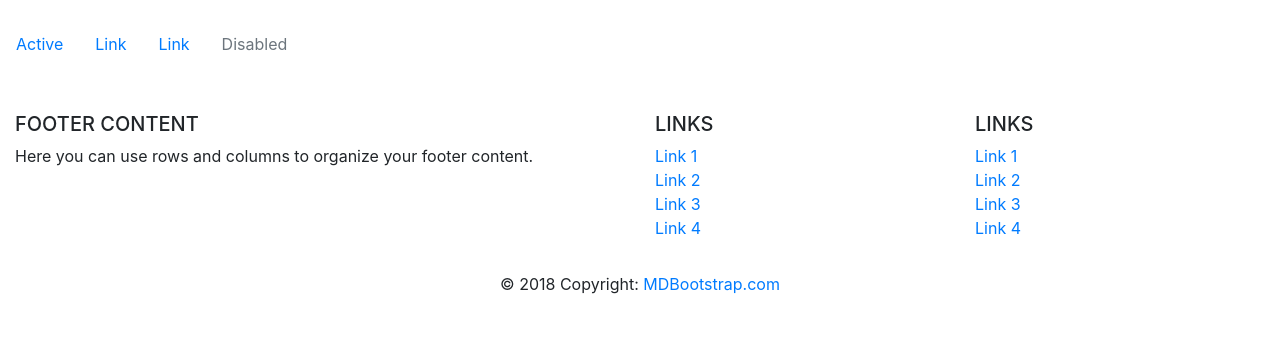
Repository: nicolasolo/airintribal-blog
Page: index.html
The author's editor kept a copy of each file at every save. The page is drawn from the files as they stood at one save, then again after a run of saves.
The browser window is 1280 px wide. The pictures show the whole page.

Above is the page before, as saved 2020-04-16 23:47:24.

### index.html
<!DOCTYPE html>
<html lang="en">

<head>
    <title></title>
    <meta charset="UTF-8">
    <meta name="viewport" content="width=device-width, initial-scale=1">
    <link rel="stylesheet" href="https://stackpath.bootstrapcdn.com/bootstrap/4.4.1/css/bootstrap.min.css"
        integrity="sha384-Vkoo8x4CGsO3+Hhxv8T/Q5PaXtkKtu6ug5TOeNV6gBiFeWPGFN9MuhOf23Q9Ifjh" crossorigin="anonymous">
    <link href="css/style.css" rel="stylesheet">
</head>

<body>
    <!-- Header -->
    <header>
        <!-- Navigation -->
        <nav>
<ul class="nav grey lighten-4 py-4">
   <li class="nav-item">
       <a class="nav-link active" href="#!">Active</a>
   </li>
   <li class="nav-item">
       <a class="nav-link" href="#!">Link</a>
   </li>
   <li class="nav-item">
       <a class="nav-link" href="#!">Link</a>
   </li>
   <li class="nav-item">
       <a class="nav-link disabled" href="#!">Disabled</a>
   </li>
        </nav>
        <!-- Navigation End-->
    </header>
    <!-- Header End-->
    <!-- Main -->
    <main>
<!-- Jumbotron -->
    </main>
    <!-- Main End-->
    <!-- Footer -->
    <footer>
<footer class="page-footer font-small blue pt-4">
   <div class="container-fluid text-center text-md-left">
       <div class="row">
           <div class="col-md-6 mt-md-0 mt-3">
               <h5 class="text-uppercase">Footer Content</h5>
               <p>Here you can use rows and columns to organize your footer content.</p>
           </div>
           <hr class="clearfix w-100 d-md-none pb-3">
           <div class="col-md-3 mb-md-0 mb-3">
               <h5 class="text-uppercase">Links</h5>
               <ul class="list-unstyled">
                   <li>
                       <a href="#!">Link 1</a>
                   </li>
                   <li>
                       <a href="#!">Link 2</a>
                   </li>
                   <li>
                       <a href="#!">Link 3</a>
                   </li>
                   <li>
                       <a href="#!">Link 4</a>
                   </li>
               </ul>
           </div>
           <div class="col-md-3 mb-md-0 mb-3">
               <h5 class="text-uppercase">Links</h5>
               <ul class="list-unstyled">
                   <li>
                       <a href="#!">Link 1</a>
                   </li>
                   <li>
                       <a href="#!">Link 2</a>
                   </li>
                   <li>
                       <a href="#!">Link 3</a>
                   </li>
                   <li>
                       <a href="#!">Link 4</a>
                   </li>
               </ul>
           </div>
       </div>
   </div>
   <div class="footer-copyright text-center py-3">© 2018 Copyright:
       <a href="https://mdbootstrap.com/education/bootstrap/"> MDBootstrap.com</a>
   </div>
</footer>
    </footer>
    <!-- Footer End -->

    <script src="https://code.jquery.com/jquery-3.4.1.slim.min.js"
        integrity="sha384-J6qa4849blE2+poT4WnyKhv5vZF5SrPo0iEjwBvKU7imGFAV0wwj1yYfoRSJoZ+n"
        crossorigin="anonymous"></script>
    <script src="https://cdn.jsdelivr.net/npm/popper.js@1.16.0/dist/umd/popper.min.js"
        integrity="sha384-Q6E9RHvbIyZFJoft+2mJbHaEWldlvI9IOYy5n3zV9zzTtmI3UksdQRVvoxMfooAo"
        crossorigin="anonymous"></script>
    <script src="https://stackpath.bootstrapcdn.com/bootstrap/4.4.1/js/bootstrap.min.js"
        integrity="sha384-wfSDF2E50Y2D1uUdj0O3uMBJnjuUD4Ih7YwaYd1iqfktj0Uod8GCExl3Og8ifwB6"
        crossorigin="anonymous"></script>
</body>

</html>

Loaded but not shown: css/style.css (no copy from this time; the picture is the same without it)

After the next 8 saves:
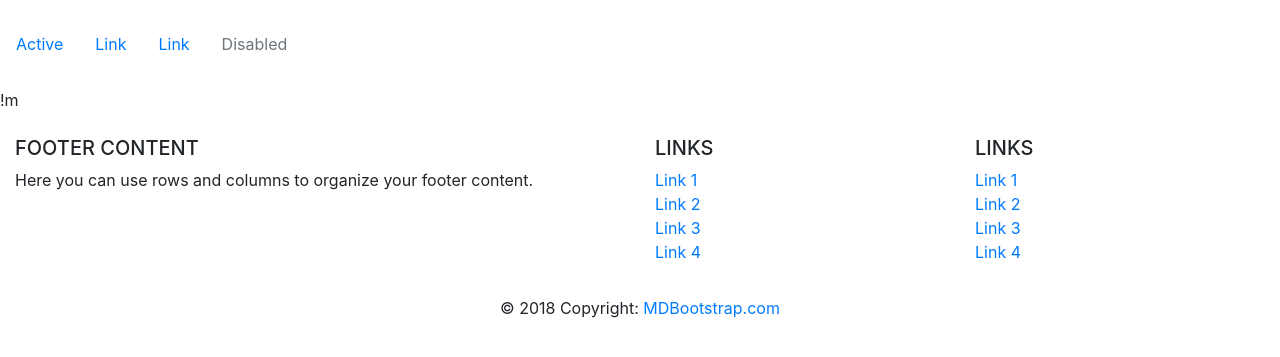
The 8 saves are shown as one change because they came seconds apart.
The last was saved 23 s later.
--- a/index.html
+++ b/index.html
@@ -35,6 +35,8 @@
     <!-- Main -->
     <main>
 <!-- Jumbotron -->
+!m
+<!-- Jumbotron End -->
     </main>
     <!-- Main End-->
     <!-- Footer -->
